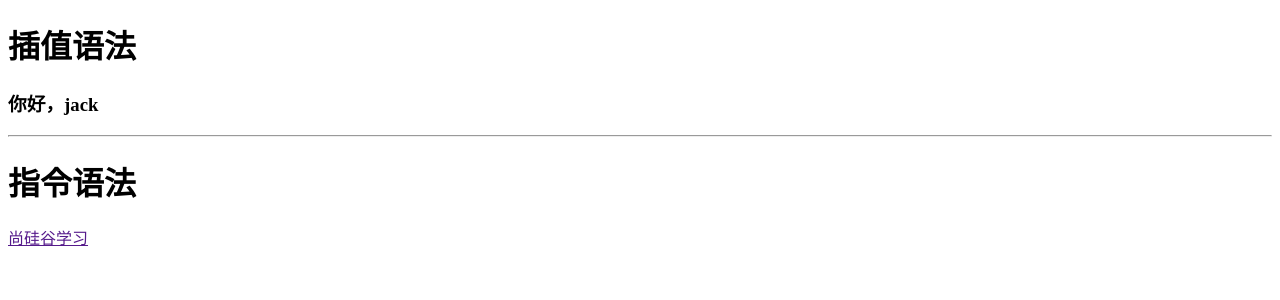
Repository: Lconfident/Learning_Process
Page: Vue/vue_basic/02_Vue模板语法/模板语法.html
These files come from the project's save history. The page is drawn as it stood at one moment and after the next save; the edit follows.
The browser window is 1280 px wide. The pictures show the whole page.

Above is the page before, as saved 2023-07-16 08:58:57.

### Vue/vue_basic/02_Vue模板语法/模板语法.html
<!DOCTYPE html>
<html lang="en">

<head>
    <meta charset="UTF-8">
    <meta name="viewport" content="width=device-width, initial-scale=1.0">
    <title>模板语法</title>
    <!-- 引入Vue -->
    <script type="text/javascript" src="../../js/vue.js"></script>
</head>

<body>
    <!-- 准备好一个容器 -->
    <div id="root">
        <h1>插值语法</h1>
        <h3>你好，{{name}}</h3>

        <hr>

        <h1>指令语法</h1>
        <a href="">尚硅谷学习</a>
    </div>

    <script type="text/javascript">
        new Vue({
            el:'#root',
            data:{
                name:'jack',
                url:'http://www.atguigu.com'
            }
        })
    </script>
</body>

</html>

Loaded but not shown: Vue/js/vue.js (library)

After the next save:
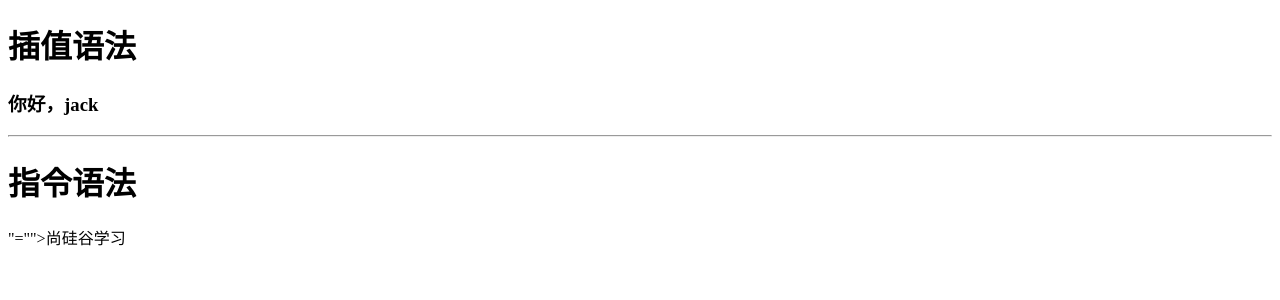
Saved 28 s later.
--- a/Vue/vue_basic/02_Vue模板语法/模板语法.html
+++ b/Vue/vue_basic/02_Vue模板语法/模板语法.html
@@ -18,7 +18,7 @@
         <hr>
 
         <h1>指令语法</h1>
-        <a href="">尚硅谷学习</a>
+        <a href">尚硅谷学习</a>
     </div>
 
     <script type="text/javascript">
